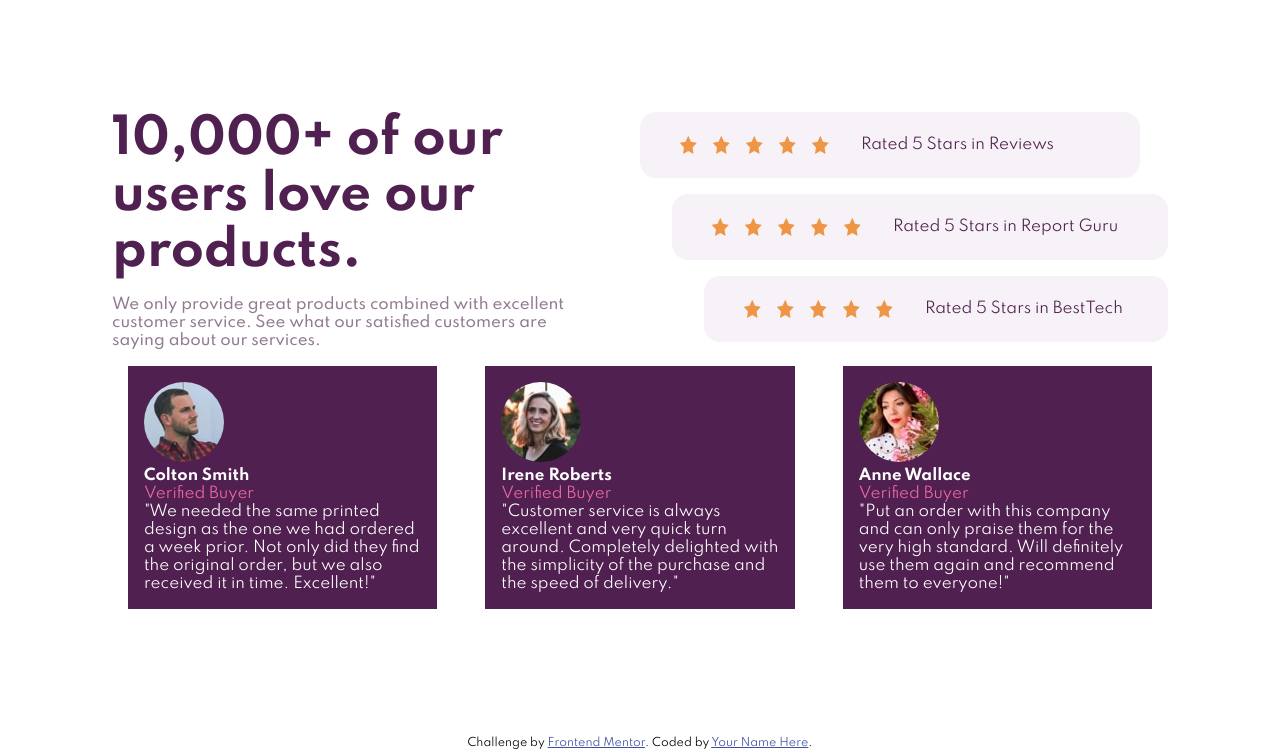
Repository: Pedrohamoura-Git/Frontend-Mentor-Challenges
Page: Newbie/social-proof-section-master/index.html
An editor plug-in stored every save of this project. The page is shown before and after the next save, followed by the edit.
The browser window is 1280 px wide. The pictures show the whole page.

Above is the page before, as saved 2021-05-30 12:31:26.

### Newbie/social-proof-section-master/index.html
<!DOCTYPE html>
<html lang="en">
  <head>
    <meta charset="UTF-8" />
    <meta name="viewport" content="width=device-width, initial-scale=1.0" />
    <!-- displays site properly based on user's device -->

    <link
      rel="icon"
      type="image/png"
      sizes="32x32"
      href="./images/favicon-32x32.png"
    />

    <link rel="stylesheet" href="css/style.css">

    <title>Frontend Mentor | Social proof section</title>

    <!-- Feel free to remove these styles or customise in your own stylesheet 👍 -->
    <style>
      .attribution {
        font-size: 11px;
        text-align: center;
      }
      .attribution a {
        color: hsl(228, 45%, 44%);
      }
    </style>
  </head>

  <body>
    <div id="wrapper">
      <!-- Start header -->
      <header>
        <div id="title">
          <h1>10,000+ of our users love our products.</h1>

          <p>We only provide great products combined with excellent customer service. See what our satisfied customers are saying about our services.</p>
        </div>

        <!-- Start ratings -->
        <aside id="ratings">

          <!-- Start section-a -->
          <div id="section-a">
            <img src="images/icon-star.svg" alt="Rating-a">
            <img src="images/icon-star.svg" alt="Rating-a">
            <img src="images/icon-star.svg" alt="Rating-a">
            <img src="images/icon-star.svg" alt="Rating-a">
            <img src="images/icon-star.svg" alt="Rating-a">
            <p>Rated 5 Stars in Reviews</p>
          </div>
          <!-- /End section-a  -->

          <!-- Start section-b  -->
          <div id="section-b">
            <img src="images/icon-star.svg" alt="Rating-b">
            <img src="images/icon-star.svg" alt="Rating-b">
            <img src="images/icon-star.svg" alt="Rating-b">
            <img src="images/icon-star.svg" alt="Rating-b">
            <img src="images/icon-star.svg" alt="Rating-b">
            <p>Rated 5 Stars in Report Guru</p>
          </div>
          <!-- /End section-b  -->

          <!-- Start section-c  -->
            <div id="section-c">
              <img src="images/icon-star.svg" alt="Rating-c">
              <img src="images/icon-star.svg" alt="Rating-c">
              <img src="images/icon-star.svg" alt="Rating-c">
              <img src="images/icon-star.svg" alt="Rating-c">
              <img src="images/icon-star.svg" alt="Rating-c">
              <p>Rated 5 Stars in BestTech</p>
            </div>
          <!-- /End section-c  -->
          </aside>

      </header>
      <!-- End header -->

      <!-- Start reviews  -->
      <div id="reviews">

        <!-- Start section-d  -->
        <div id="section-d">
          <img src="images/image-colton.jpg" alt="Colton's picture">
          <h4 class="name">Colton Smith</h4>
          <p class="verified">Verified Buyer</h4>
          <p>
            "We needed the same printed design as the one we had ordered a week prior.
            Not only did they find the original order, but we also received it in time.
            Excellent!"
          </p>
        </div>
        <!-- /End section-d -->

        <!-- Start section-e  -->
        <div id="section-e">
          <img src="images/image-irene.jpg" alt="Irene's picture">
          <h4 class="name">Irene Roberts </h4>
          <p class="verified">Verified Buyer</h4>
          <p>
            "Customer service is always excellent and very quick turn around. Completely
            delighted with the simplicity of the purchase and the speed of delivery."
          </p>
        </div>
        <!-- /End section-e -->

        <!-- Start section-f -->
        <div id="section-f">
          <img src="images/image-anne.jpg" alt="Anne's picture">
          <h4 class="name">Anne Wallace</h4>
          <p class="verified">Verified Buyer</h4>
          <p class="commentary">
            "Put an order with this company and can only praise them for the very high
            standard. Will definitely use them again and recommend them to everyone!"
          </p>
        </div>
      </div>
      <!-- /End section-f  -->

    </div>
    <!-- End Reviews  -->

    <div class="attribution">
      Challenge by
      <a href="https://www.frontendmentor.io?ref=challenge" target="_blank"
        >Frontend Mentor</a
      >. Coded by <a href="#">Your Name Here</a>.
    </div>
  </body>
</html>

### Newbie/social-proof-section-master/css/style.css
/*
** Core Formatting
*/
    @import url('https://fonts.googleapis.com/css2?family=Spartan:wght@400;500;700&display=swap');

    * {
        box-sizing: border-box;
        margin: 0;
        padding: 0;
    }

    body {
        font-family: Spartan;
        font-size: 15px;

        /* font-weight:  700; */
    }


/*
** Common Formatting
*/

    #wrapper {
        padding: 7rem;

    }

    header h1 {
        color: hsl(300, 43%, 22%);
    }

    header p {
        color: hsl(303, 10%, 53%);
    }


    #ratings #section-a, #section-b, #section-c {
        background-color: hsl(300, 24%, 96%);
        /* text-align: center; */
    }

    #ratings p {
        color: hsl(300, 43%, 22%);
    }


    #reviews #section-d, #section-e, #section-f {
        background-color: hsl(300, 43%, 22%);
        color: white;
    }

    #reviews img {
        border-radius: 5rem;
    }

    #reviews p.verified {
        color:hsl(333, 80%, 67%);
    }


    /*
    ** Header - Title
    */
        header {
            display: grid;
            grid-template-columns: repeat(2, 1fr);

            /* background-color: green; */
        }

        header #title {
            max-width: 480px;

            /* border: 1px solid green; */
        }

        header #title h1 {
            font-size: 3rem;
            margin-bottom: 1rem;
        }

        header #title p {
            font-weight: 500;
        }

        /*
        ** Header - Ratings
        */
            #ratings {
                /* border: 1px solid red; */
            }

            #section-a, #section-b, #section-c {
                border-radius: 1rem;
                max-width: 500px;
                padding: 1.5rem;

                /* background-color: red; */
            }

            #section-a, #section-b, #section-c  {
                display: flex;
                flex-wrap: wrap;

            }

            #section-a img, #section-b img, #section-c img {
                margin-left: 1rem;
            }

            #section-a p, #section-b p, #section-c p {
                margin-left: 2rem;
                margin-bottom: 0rem;
            }

            /*
            ** Header - Ratings - Section-b
            */
                #section-b {
                    margin-left: 2rem;
                    margin-top: 1rem;
                }


            /*
            ** Header - Ratings - Section-c
            */
                #section-c {
                    margin-left: 4rem;
                    margin-top: 1rem;
                }

    /*
    ** Reviews
    */
        #reviews {
            display: grid;
            grid-template-columns: repeat(3, 1fr);
            column-gap: 1rem;
        }

        #section-d, #section-e, #section-f {
            margin: 1rem;
            padding: 1rem;

        }

After the next save:
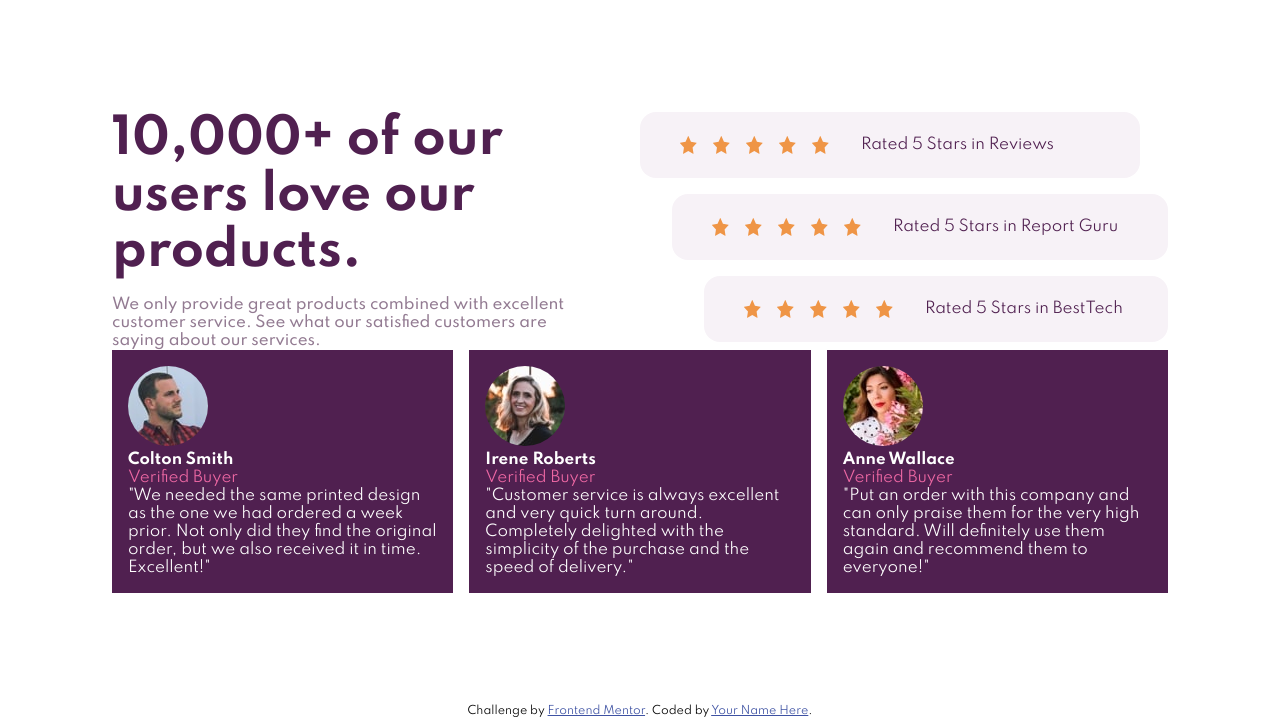
Saved 3 s later.
--- a/Newbie/social-proof-section-master/css/style.css
+++ b/Newbie/social-proof-section-master/css/style.css
@@ -141,7 +141,7 @@
         }
 
         #section-d, #section-e, #section-f {
-            margin: 1rem;
+            /* margin: 1rem; */
             padding: 1rem;
 
         }
